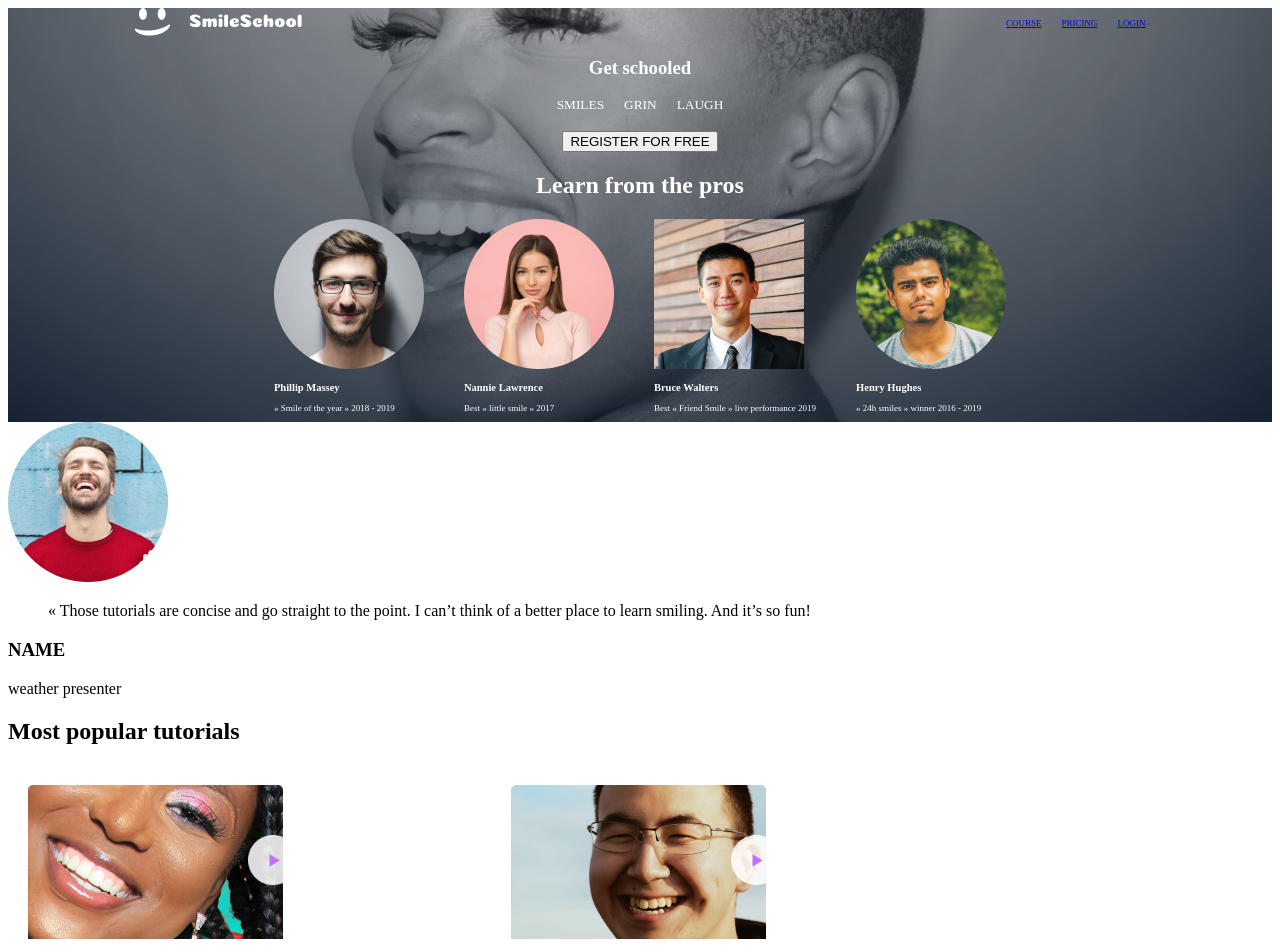
Repository: mwihakiann/alx_html_css
Page: css_advanced/index.html
These files come from the project's save history. The page is drawn as it stood at one moment and after a run of saves; the edit follows.
The browser window is 1280 px wide. The pictures show the part of the page from y = 0 to 952 px (the page is 3272 px tall).
A picture or video elsewhere on the page could not be fetched, so the positions and the page height are approximate. Some web libraries are served in a nearby version.

Above is the page before, as saved 2025-09-28 17:50:31.

### css_advanced/index.html
<!DOCTYPE html>
<html lang="en">
<head>
  <meta charset="UTF-8">
  <meta name="viewport" content="width=device-width, initial-scale=1.0">
  <script src="https://kit.fontawesome.com/4a2b055604.js" crossorigin="anonymous"></script>
  <title>Document</title>
  <link rel="stylesheet" href="styles.css">
</head>
<body>
    <section class="first-page">
  <header>
    <nav>
      <img src="./images/logo.png" alt="logo">
      <ul>
        <li><a href="#">COURSE</a></li>
        <li><a href="#">PRICING</a></li>
        <li><a href="#">LOGIN</a></li>
      </ul>
    </nav>
  </header>

  <main>
    <section>
      <div class="intro">
        <h1>Get schooled</h1>
        <div class="horizontal-stack">
        <span>SMILES</span>
        <span>GRIN</span>
        <span>LAUGH</span>
        </div>
        <br>
        <button>REGISTER FOR FREE</button>
      </div>
      <div class="learn-from-pros">
        <h2>Learn from the pros</h2>
        <div class="pros">
          <div>
            <img src="./images/1.png" alt="">
            <h3>Phillip Massey</h3>
            <p>« Smile of the year » 2018 - 2019</p>
          </div>
          <div>
            <img src="./images/3.png" alt="">
            <h3>Nannie Lawrence</h3>
            <p>Best « little smile » 2017</p>
          </div>
          <div>
            <img src="./images/2.png" alt="">
            <h3>Bruce Walters</h3>
            <p>Best « Friend Smile » live performance 2019</p>
          </div>
          <div>
            <img src="./images/4.png" alt="">
            <h3>Henry Hughes</h3>
            <p>« 24h smiles » winner 2016 - 2019</p>
          </div>
        </div>
      </div>
    </section>
</section>

    <section>
      <div>
        <img src="./images/5.png" alt="image">
      </div>
      <div>
        <blockquote>« Those tutorials are concise and go straight to the point. I can’t think of a better place to learn smiling. And it’s so fun!</blockquote>
        <h3>NAME</h3>
        <p>weather presenter</p>
      </div>
    </section>

    <section>
      <h2>Most popular tutorials</h2>

      <div class="tutorial-card">
        <img src="./images/9.png" alt="Diagonal Smile">
        <img src="./images/play.png" alt="play button" class="play-btn">
        <h3>Diagonal Smile</h3>
        <p>Lorem ipsum dolor sit amet, consect adipiscing elit, sed do eiusmod.</p>
        <div>
          <img src="./images/1 (3).png" alt="">
          <h4>Phillip Massey</h4>
        </div>
        <div>
          <div><i class="fa-solid fa-star"></i></div>
          <div><i class="fa-solid fa-star"></i></div>
          <div><i class="fa-solid fa-star"></i></div>
          <div><i class="fa-solid fa-star"></i></div>
          <div><i class="fa-solid fa-star"></i></div>
        </div>
        <p>8 min</p>
      </div>

      <div class="tutorial-card">
        <img src="./images/6.png" alt="Happy Smile">
        <img src="./images/play.png" alt="play button" class="play-btn">
        <h3>Happy Smile</h3>
        <p>Lorem ipsum dolor sit amet, consect adipiscing elit, sed do eiusmod.</p>
        <div>
          <img src="./images/1 (3).png" alt="">
          <h4>Phillip Massey</h4>
        </div>
        <div>
          <div><i class="fa-solid fa-star"></i></div>
          <div><i class="fa-solid fa-star"></i></div>
          <div><i class="fa-solid fa-star"></i></div>
          <div><i class="fa-solid fa-star"></i></div>
          <div><i class="fa-solid fa-star"></i></div>
        </div>
        <p>8 min</p>
      </div>

      <div class="tutorial-card">
        <img src="./images/8.png" alt="Natural Smile">
        <img src="./images/play.png" alt="play button" class="play-btn">
        <h3>Natural Smile</h3>
        <p>Lorem ipsum dolor sit amet, consect adipiscing elit, sed do eiusmod.</p>
        <div>
          <img src="./images/1.png" alt="">
          <h4>Phillip Massey</h4>
        </div>
        <div>
          <div><i class="fa-solid fa-star"></i></div>
          <div><i class="fa-solid fa-star"></i></div>
          <div><i class="fa-solid fa-star"></i></div>
          <div><i class="fa-solid fa-star"></i></div>
          <div><i class="fa-solid fa-star"></i></div>
        </div>
        <p>8 min</p>
      </div>

      <div class="tutorial-card">
        <img src="./images/7.png" alt="Sad Smile">
        <img src="./images/play.png" alt="play button" class="play-btn">
        <h3>Sad Smile</h3>
        <p>Lorem ipsum dolor sit amet, consect adipiscing elit, sed do eiusmod.</p>
        <div>
          <img src="./images/1.png" alt="">
          <h4>Phillip Massey</h4>
        </div>
        <div>
          <div><i class="fa-solid fa-star"></i></div>
          <div><i class="fa-solid fa-star"></i></div>
          <div><i class="fa-solid fa-star"></i></div>
          <div><i class="fa-solid fa-star"></i></div>
          <div><i class="fa-solid fa-star"></i></div>
        </div>
        <p>8 min</p>
      </div>
    </section>

    <section>
      <h2>Free membership</h2>
      <div>
        <img src="./images/smile.png" alt="">
        <h3>Lorem Ipsum</h3>
        <p>Lorem ipsum dolor sit amet, consectetur adipiscing elit.</p>
      </div>
      <div>
        <img src="./images/smile.png" alt="">
        <h3>Lorem Ipsum</h3>
        <p>Lorem ipsum dolor sit amet, consectetur adipiscing elit.</p>
      </div>
      <div>
        <img src="./images/smile.png" alt="">
        <h3>Lorem Ipsum</h3>
        <p>Lorem ipsum dolor sit amet, consectetur adipiscing elit.</p>
      </div>
      <div>
        <img src="./images/smile.png" alt="">
        <h3>Lorem Ipsum</h3>
        <p>Lorem ipsum dolor sit amet, consectetur adipiscing elit.</p>
      </div>
      <button>REGISTER FOR FREE</button>
    </section>

    <section>
      <h2>F.A.Q</h2>
      <div>
        <div>
          <div>
            <h3>How does this work?</h3>
          </div>
          <div>
            Lorem ipsum dolor sit amet, consectetur adipiscing elit, sed do eiusmod tempor incididunt ut labore et dolore magna aliqua.
          </div>

          <div>
            <h3>How does this work?</h3>
          </div>
          <div>
            Lorem ipsum dolor sit amet, consectetur adipiscing elit, sed do eiusmod tempor incididunt ut labore et dolore magna aliqua.
          </div>
        </div>
        <div>
          <div>
            <h3>How does this work?</h3>
          </div>
          <div>
            Lorem ipsum dolor sit amet, consectetur adipiscing elit, sed do eiusmod tempor incididunt ut labore et dolore magna aliqua.
          </div>
          <div>
            <h3>How does this work?</h3>
          </div>
          <div>
            Lorem ipsum dolor sit amet, consectetur adipiscing elit, sed do eiusmod tempor incididunt ut labore et dolore magna aliqua.
          </div>
        </div>
      </div>
    </section>
  </main>

  <footer>
    <section>
      <div>
        <img src="./images/logo.png" alt="logo">
        <div>
          <i class="fa-brands fa-facebook"></i>
          <i class="fa-brands fa-twitter"></i>
          <i class="fa-brands fa-instagram"></i>
        </div>
      </div>
      <p>©smileschool 2020</p>
    </section>
  </footer>
</body>
</html>

### css_advanced/styles.css
nav ul{
    display: flex;
    gap: 20px;
    list-style: none;
    color: white;
    text-decoration: none;
}
nav{
    display: flex;
    justify-content: space-between;
    align-items: center;
    margin-left: 10%;
    margin-right: 10%;
    font-size: xx-small;
}
.first-page{
    background-image: url(./images/Object.png);
    background-size: cover;
    background-position: center;
    color: white;
}
.intro{
    display: flex;
    flex-direction: column;
    justify-content: center;
    align-items: center;
    gap: 0;
}
h1{
    font-size: 40;
}
.learn-from-pros{
    display: flex;
    flex-direction: column;
    justify-content: center;
    align-items: center;
    font-size: medium;
}
.pros{
    display: flex;
    gap: 40px;
    font-size:xx-small;
    margin-left: 10%;
    margin-right: 10%;
}
.horizontal-stack{
   display: flex;
    gap: 20px;
    font-size: smaller;
}
.tutorial-card {
    position: relative;
    display: inline-block;
    margin: 20px;
  }

  .tutorial-card img {
    display: block;
  }

  .tutorial-card .play-btn {
    position: absolute;
    top: 50px;
    left: 50%;
    transform: translateX(-50 -50%);
    width: 50px;
    height: 50px;
    pointer-events: none;
  }

After the next 3 saves:
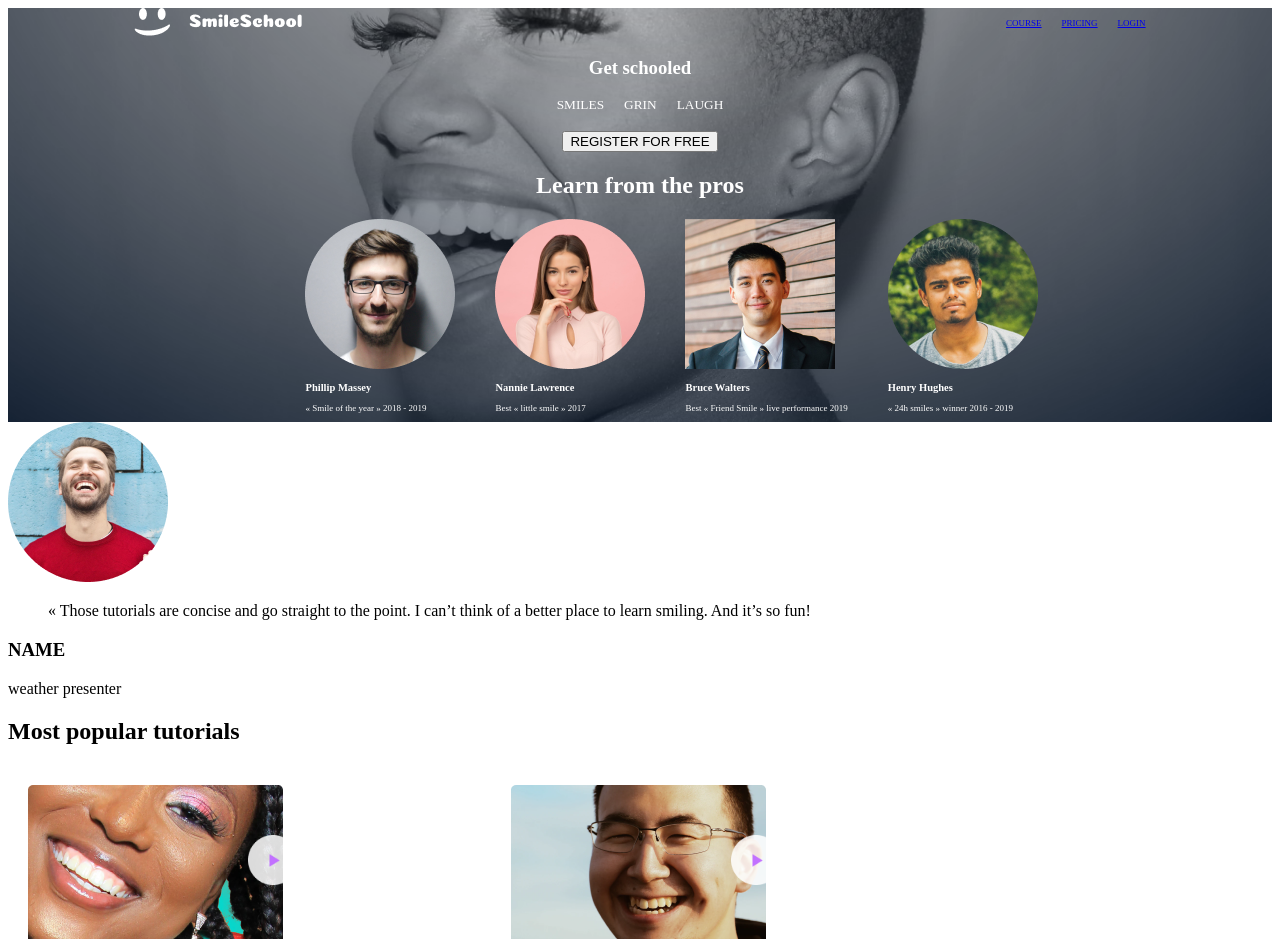
The 3 saves are shown as one change because they came seconds apart.
The last was saved 95 s later.
--- a/css_advanced/styles.css
+++ b/css_advanced/styles.css
@@ -41,7 +41,7 @@
     gap: 40px;
     font-size:xx-small;
     margin-left: 10%;
-    margin-right: 10%;
+    margin-right: 5%;
 }
 .horizontal-stack{
    display: flex;

After the save that followed:
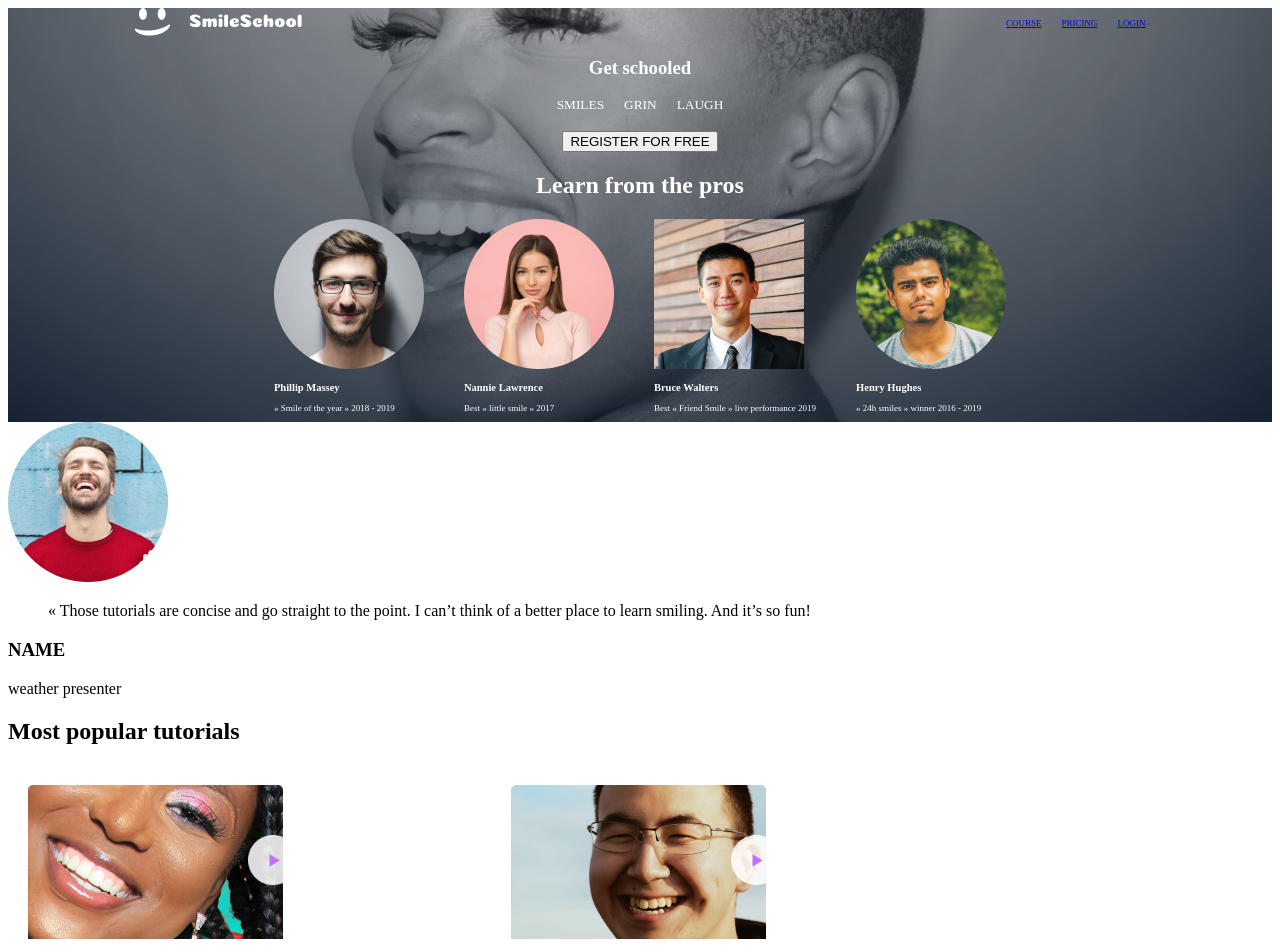
Saved 7 s later.
--- a/css_advanced/styles.css
+++ b/css_advanced/styles.css
@@ -40,7 +40,7 @@
     display: flex;
     gap: 40px;
     font-size:xx-small;
-    margin-left: 10%;
+    margin-left: 5%;
     margin-right: 5%;
 }
 .horizontal-stack{
